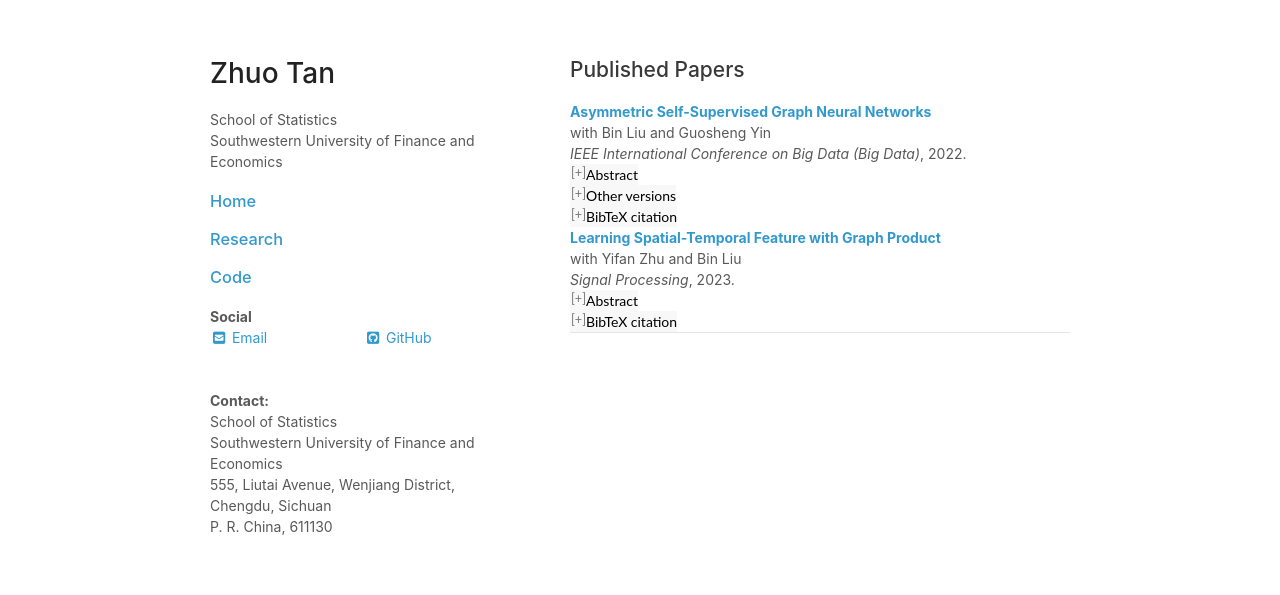
Repository: dfuttu1/dfuttu1.github.io
Page: research.html
An editor plug-in stored every save of this project. The page is shown before and after the next save, followed by the edit.
The browser window is 1280 px wide. The pictures show the whole page.
Some web libraries are served in a nearby version.

Above is the page before, as saved 2023-08-04 11:25:59.
Not found: stylesheets/github-light.css

### research.html

<!doctype html>
<html lang="en">
  <head>
  <script src="https://use.fontawesome.com/baff6f55f5.js"></script>
    <meta charset="utf-8">
    <meta http-equiv="X-UA-Compatible" content="IE=edge">
    <title>research by Zhuo Tan</title>

    <link rel="stylesheet" href="stylesheets/styles.css">
    <link rel="stylesheet" href="stylesheets/github-light.css">
    <meta name="viewport" content="width=device-width, initial-scale=1, user-scalable=yes">
    <!--[if lt IE 9]>
    <script src="//html5shiv.googlecode.com/svn/trunk/html5.js"></script>
    <![endif]-->

    <script>
      (function(i,s,o,g,r,a,m){i['GoogleAnalyticsObject']=r;i[r]=i[r]||function(){
      (i[r].q=i[r].q||[]).push(arguments)},i[r].l=1*new Date();a=s.createElement(o),
      m=s.getElementsByTagName(o)[0];a.async=1;a.src=g;m.parentNode.insertBefore(a,m)
      })(window,document,'script','https://www.google-analytics.com/analytics.js','ga');
      ga('create', 'UA-29643011-3', 'auto');
      ga('send', 'pageview');
    </script>

    <!-- New GA4 tracking code, see https://support.google.com/analytics/answer/10271001#analyticsjs-enable-basic -->
    <script async src="https://www.googletagmanager.com/gtag/js?id=G-GNJD50R0Z7"></script>
    <script>
    window.dataLayer = window.dataLayer || [];
    function gtag(){dataLayer.push(arguments);}
    gtag('js', new Date());
    gtag('config', 'G-GNJD50R0Z7');
    </script>

    <!-- For all browsers -->
    <link rel="stylesheet" href="assets/css/academicons.min.css"/>
    <link rel="stylesheet" href="assets/css/academicons.css"/>

    <style>
      button.accordion {
      font:14px/1.5 Lato, "Helvetica Neue", Helvetica, Arial, sans-serif;
      cursor: pointer;
      padding: 0px;
      border: none;
      text-align: left;
      outline: none;
      font-size: 100%;
      transition: 0.3s;
      background-color: #f8f8f8;
      }
      button.accordion.active, button.accordion:hover {
      background-color: #f8f8f8;
      }
      button.accordion:after {
      content: " [+] ";
      font-size: 90%;
      color:#777;
      float: left;
      margin-left: 1px;
      }

      button.accordion.active:after {
      content: " [\2212] ";
      }
      div.panel {
      padding: 0 20px;
      margin-top: 5px;
      display: none;
      background-color: white;
      font-size: 100%;
      }
      div.panel.show {
      display: block !important;
      }
      .social-row {
        display: flex;
        flex-wrap: wrap;
        justify-content: space-between;
      }
    </style>
  </head>
  <body>
    <div class="wrapper">
      <header>
        <h1>Zhuo Tan</h1>
        <p>School of Statistics<br>Southwestern University of Finance and Economics</p>
        <!-- <p>Research Affiliate<br><a href="https://csr.swufe.edu.cn/">Center of Statistical Research</a></p> -->
        <!-- <p>Fellow<br><a href="https://glabor.org/user/tyleransom/">Global Labor Organization (GLO)</a></p> -->
    <h3><a href="https://dfuttu1.github.io/">Home</a></h3>
        <h3><a href="https://dfuttu1.github.io/research.html">Research</a></h3>
    <!-- <h3><a href="https://dfuttu1.github.io/research/CV.pdf">CV</a></h3> -->
        <h3><a href="https://dfuttu1.github.io/code.html">Code</a></h3>
        <!-- <h3><a href="https://dfuttu1.github.io/teaching.html">Teaching</a></h3>  -->
        <!-- <h3><a href="https://dfuttu1.github.io/personal.html">Personal</a></h3> -->
    <b>Social</b><br>
        <div class="social-row">
          <a href="mailto:tanzhuo@smail.swufe.edu.cn" class="author-social" target="_blank"><i class="fa fa-fw fa-envelope-square"></i> Email</a><br>
          <!-- <a href="https://scholar.google.com/citations?user=eohlTTcAAAAJ&hl=en" target="_blank"><i class="ai ai-fw ai-google-scholar-square"></i> Scholar</a><br> -->
          <!-- <a href="https://orcid.org/0000-0002-6910-0363"><i class="ai ai-fw ai-orcid-square"></i> ORCID</a><br> -->
          <!-- <a href="http://ideas.repec.org/f/pra541.html"><i class="fa fa-fw fa-share-alt-square"></i> RePEc</a><br> -->
          <a href="http://github.com/dfuttu1"><i class="fa fa-fw fa-github-square"></i> GitHub</a><br>
          <!-- <a href="http://twitter.com/tyleransom" class="author-social" target="_blank"><i class="fa fa-fw fa-twitter-square"></i> Twitter</a><br> -->
          <!-- <a href="http://linkedin.com/in/tyleransom" class="author-social" target="_blank"><i class="fa fa-fw fa-linkedin-square"></i> LinkedIn</a><br> -->
          <br>
        </div>
        <br>

    <p><b>Contact:</b><br>School of Statistics<br>Southwestern University of Finance and Economics<br>555, Liutai Avenue, Wenjiang District, Chengdu, Sichuan<br>P. R. China, 611130</p>
    <!-- <p><small>Hosted on GitHub Pages &mdash; Theme by <a href="https://github.com/dfuttu1">orderedlist</a></small></p> -->
      </header>

      <section>

    <h2><a id="published-papers-updated" class="anchor" href="#publications" aria-hidden="true"><span class="octicon octicon-link"></span></a>Published Papers</h2>
    <p style="margin:0"> <a style="margin:0; font-size:100%; font-weight:bold" href="https://doi.org/10.1109/BigData55660.2022.10021033">Asymmetric Self-Supervised Graph Neural Networks</a> <br> with Bin Liu and Guosheng Yin <br> <i>IEEE International Conference on Big Data (Big Data)</i>, 2022. <br><button class="accordion">
    Abstract
    </button>
    <div class="panel" style="background-color: #F1F1F1; color: #666; padding: 10px;"><p> Despite self-supervised learning (SSL) having been successfully applied to graph data using graph neural networks (GNNs), most existing methods only consider undirected graphs where relationships among connected nodes are two-way symmetric (i.e., information can be passed back and forth). However, there is a vast amount of applications where the information flow is asymmetric, leading to directed graphs where information can only be passed in one direction. For example, a directed edge indicates that the information can only be conveyed forwardly from the start node to the end node, but not backwardly. To accommodate such an asymmetric structure of directed graphs, we propose a simple yet remarkably effective SSL framework for directed graph analysis to incorporate such one-way information passing. We define an incoming embedding and an outgoing embedding for each node to model its sending and receiving features respectively. Then a proposed auxiliary SSL task tries to predict the existence of the directed edges with the incoming and outgoing embedding of nodes. The auxiliary SSL task is jointly trained with a downstream primary task that updates nodes’ incoming features and outgoing features accordingly with labels. Extensive experiments on multiple real-world directed graphs demonstrate outstanding performances of the proposed self-supervised GNNs in both node-level and graph-level tasks. </p></div>
    <p style="margin:0"><button class="accordion">
      Other versions
    </button>
    <div class="panel" style="background-color: #F1F1F1; color: #666; padding: 10px;"><p> <br> <a href="https://arxiv.org/abs/2110.07436">arXiv:2110.07436</a> (October 2021) </br> </p></div>
    <p style="margin:0"><button class="accordion">
      BibTeX citation
    </button>
    <div class="panel" style="background-color: #F1F1F1; color: #666; padding: 10px;"><p> <pre> <code>
      @INPROCEEDINGS{10021033,
        author={Tan, Zhuo and Liu, Bin and Yin, Guosheng},
        booktitle={2022 IEEE International Conference on Big Data (Big Data)},
        title={Asymmetric Self-Supervised Graph Neural Networks},
        year={2022},
        volume={},
        number={},
        pages={1369-1376},
        doi={10.1109/BigData55660.2022.10021033}}
	</code> </pre> </p></div>

    <p style="margin:0"> <a style="margin:0; font-size:100%; font-weight:bold" href="https://doi.org/10.1016/j.sigpro.2023.109062">Learning Spatial-Temporal Feature with Graph Product</a> <br> with Yifan Zhu and Bin Liu <br> <i>Signal Processing</i>, 2023.  <br><button class="accordion">
      Abstract
    </button>
    <div class="panel" style="background-color: #F1F1F1; color: #666; padding: 10px;"><p>Earlier works on dynamic spatial-temporal data modelling prefer using spatial-temporal factorized graph convolutional networks (GCNs), which are easy to interpret but fail to capture joint spatial-temporal correlations. Thus, lots of subsequent research focus on constructing a localized adjacent matrix to capture joint features from both spatial and temporal dimension simultaneously. However, their ways of building the adjacent matrices are usually heuristic, which makes the models difficult to interpret. Meanwhile, the lack of theoretical explanations hinders the model’s generalization. We introduce a general framework to model dynamic spatial-temporal graph data from the view of graph product. With the power of graph product, we propose a systematical way of constructing the spatial-temporal adjacent graphs, which can not only improve the model’s interpretability but increase the spatial-temporal receptive field. Under the novel framework, the existing methods can be taken as special cases of our model. Extensive experiments on multiple large-scale real-world datasets, NTU-RGB+D60, NTU-RGB+D120, UAV-Human, PEMS03, PEMS04, PEMS07, and PEMS08, demonstrate that the proposed model can generalize to most of the scenarios with a performance improvement in a significant margin compared to the state-of-the-art methods. </p></div>
    <p style="margin:0"><button class="accordion">
      BibTeX citation
    </button>
    <div class="panel" style="background-color: #F1F1F1; color: #666; padding: 10px;"><p> <pre> <code>
      @article{TAN2023109062,
        title = {Learning spatial-temporal feature with graph product},
        journal = {Signal Processing},
        volume = {210},
        pages = {109062},
        year = {2023},
        issn = {0165-1684},
        doi = {https://doi.org/10.1016/j.sigpro.2023.109062},
        url = {https://www.sciencedirect.com/science/article/pii/S0165168423001366},
        author = {Zhuo Tan and Yifan Zhu and Bin Liu},
        keywords = {Graph convolutional network, Graph product, Spatial-Temporal data},
        abstract = {Earlier works on dynamic spatial-temporal data modelling prefer using spatial-temporal factorized graph convolutional networks (GCNs), which are easy to interpret but fail to capture joint spatial-temporal correlations. Thus, lots of subsequent research focus on constructing a localized adjacent matrix to capture joint features from both spatial and temporal dimension simultaneously. However, their ways of building the adjacent matrices are usually heuristic, which makes the models difficult to interpret. Meanwhile, the lack of theoretical explanations hinders the model’s generalization. We introduce a general framework to model dynamic spatial-temporal graph data from the view of graph product. With the power of graph product, we propose a systematical way of constructing the spatial-temporal adjacent graphs, which can not only improve the model’s interpretability but increase the spatial-temporal receptive field. Under the novel framework, the existing methods can be taken as special cases of our model. Extensive experiments on multiple large-scale real-world datasets, NTU-RGB+D60, NTU-RGB+D120, UAV-Human, PEMS03, PEMS04, PEMS07, and PEMS08, demonstrate that the proposed model can generalize to most of the scenarios with a performance improvement in a significant margin compared to the state-of-the-art methods.}
        }
	</code> </pre> </p></div>

    <hr>

      </section>
    </div>
    <script src="javascripts/scale.fix.js"></script>
    <script>
    var acc = document.getElementsByClassName("accordion");
    var i;

    for (i = 0; i < acc.length; i++) {
        acc[i].onclick = function(){
            this.classList.toggle("active");
            this.parentNode.nextElementSibling.classList.toggle("show");
      }
    }
    </script>
  </body>
</html>

### stylesheets/styles.css
body {
  background-color: #fff;
  padding:50px;
  font: 14px/1.5 -apple-system, BlinkMacSystemFont, "Segoe UI", Roboto, Oxygen, Ubuntu, Cantarell, "Fira Sans", "Droid Sans", "Helvetica Neue", Arial, sans-serif, "Apple Color Emoji", "Segoe UI Emoji", "Segoe UI Symbol";
  color:#595959;
  font-weight:400;
}

h1, h2, h3, h4, h5, h6 {
  color:#222;
  margin:0 0 20px;
}

p, ul, ol, table, pre, dl {
  margin:0 0 20px;
}

h1, h2, h3 {
  line-height:1.1;
}

h1 {
  font-size:28px;
  font-weight: 500;
}

h2 {
  color:#393939;
  font-weight: 500;
}

h3, h4, h5, h6 {
  color:#494949;
  font-weight: 500;
}

a {
  color:#39c;
  text-decoration:none;
}

a:hover {
  color:#069;
}

a small {
  font-size:11px;
  color:#777;
  margin-top:-0.3em;
  display:block;
}

a:hover small {
  color:#777;
}

.wrapper {
  width:860px;
  margin:0 auto;
}

blockquote {
  border-left:1px solid #e5e5e5;
  margin:0;
  padding:0 0 0 20px;
  font-style:italic;
}

code, pre {
  font-family:Monaco, Bitstream Vera Sans Mono, Lucida Console, Terminal, Consolas, Liberation Mono, DejaVu Sans Mono, Courier New, monospace;
  color:#333;
  font-size:12px;
}

pre {
  padding:8px 15px;
  background: #f8f8f8;
  border-radius:5px;
  border:1px solid #e5e5e5;
  overflow-x: auto;
}

table {
  width:100%;
  border-collapse:collapse;
}

th, td {
  text-align:left;
  padding:5px 10px;
  border-bottom:1px solid #e5e5e5;
}

dt {
  color:#444;
  font-weight:500;
}

th {
  color:#444;
}

img {
  max-width:100%;
}

header {
  width:270px;
  float:left;
  position:fixed;
  -webkit-font-smoothing:subpixel-antialiased;
}

header ul {
  list-style:none;
  height:40px;
  padding:0;
  background: #f4f4f4;
  border-radius:5px;
  border:1px solid #e0e0e0;
  width:270px;
}

header li {
  width:89px;
  float:left;
  border-right:1px solid #e0e0e0;
  height:40px;
}

header li:first-child a {
  border-radius:5px 0 0 5px;
}

header li:last-child a {
  border-radius:0 5px 5px 0;
}

header ul a {
  line-height:1;
  font-size:11px;
  color:#999;
  display:block;
  text-align:center;
  padding-top:6px;
  height:34px;
}

header ul a:hover {
  color:#999;
}

header ul a:active {
  background-color:#f0f0f0;
}

strong {
  color:#222;
  font-weight:500;
}

header ul li + li + li {
  border-right:none;
  width:89px;
}

header ul a strong {
  font-size:14px;
  display:block;
  color:#222;
}

section {
  width:500px;
  float:right;
  padding-bottom:50px;
}

small {
  font-size:11px;
}

hr {
  border:0;
  background:#e5e5e5;
  height:1px;
  margin:0 0 20px;
}

footer {
  width:270px;
  float:left;
  position:fixed;
  bottom:50px;
  -webkit-font-smoothing:subpixel-antialiased;
}

@media print, screen and (max-width: 960px) {

  div.wrapper {
    width:auto;
    margin:0;
  }

  header, section, footer {
    float:none;
    position:static;
    width:auto;
  }

  header {
    padding-right:320px;
  }

  section {
    border:1px solid #e5e5e5;
    border-width:1px 0;
    padding:20px 0;
    margin:0 0 20px;
  }

  header a small {
    display:inline;
  }

  header ul {
    position:absolute;
    right:50px;
    top:52px;
  }
}

@media print, screen and (max-width: 720px) {
  body {
    word-wrap:break-word;
  }

  header {
    padding:0;
  }

  header ul, header p.view {
    position:static;
  }

  pre, code {
    word-wrap:normal;
  }
}

@media print, screen and (max-width: 480px) {
  body {
    padding:15px;
  }

  header ul {
    width:99%;
  }

  header li, header ul li + li + li {
    width:33%;
  }
}

@media print {
  body {
    padding:0.4in;
    font-size:12pt;
    color:#444;
  }
}

### assets/css/academicons.css
/*
 *  Academicons 1.8.2 by James Walsh - https://github.com/jpswalsh
 *  Fonts generated using the IcoMoon app - http://icomoon.io/app
 *  Square icons designed to be used alongside Font Awesome square icons - https://fortawesome.github.io/Font-Awesome/
 *  Licenses - Font: SIL OFL 1.1, CSS: MIT License
 */
@font-face {
    font-family: 'Academicons';
    src:url('../fonts/academicons.eot?v=1.8.2');
    src:url('../fonts/academicons.eot?v=1.8.2') format('embedded-opentype'),
        url('../fonts/academicons.ttf?v=1.8.2') format('truetype'),
        url('../fonts/academicons.woff?v=1.8.2') format('woff'),
        url('../fonts/academicons.svg?v=1.8.2#academicons') format('svg');
    font-weight: normal;
    font-style: normal;
}
.ai {
	display:inline-block;
	font:normal normal normal 14px/1 Academicons;
	font-size:inherit;
	text-rendering:auto;
	-webkit-font-smoothing:antialiased;
	-moz-osx-font-smoothing:grayscale;
}
.ai-academia:before {
  content: "\e800";
}
.ai-academia-square:before {
  content: "\e801";
}
.ai-acclaim:before {
  content: "\e802";
}
.ai-acclaim-square:before {
  content: "\e803";
}
.ai-acm:before {
  content: "\e804";
}
.ai-acm-square:before {
  content: "\e805";
}
.ai-ads:before {
  content: "\e806";
}
.ai-ads-square:before {
  content: "\e807";
}
.ai-arxiv:before {
  content: "\e808";
}
.ai-arxiv-square:before {
  content: "\e809";
}
.ai-biorxiv:before {
  content: "\e810";
}
.ai-biorxiv-square:before {
  content: "\e811";
}
.ai-ceur:before {
  content: "\e812";
}
.ai-ceur-box:before {
  content: "\e813";
}
.ai-courser:before {
  content: "\e814";
}
.ai-courser-square:before {
  content: "\e815";
}
.ai-dataverse:before {
  content: "\e816";
}
.ai-dataverse-box:before {
  content: "\e817";
}
.ai-dblp:before {
  content: "\e818";
}
.ai-dblp-square:before {
  content: "\e819";
}
.ai-depsy:before {
  content: "\e820";
}
.ai-depsy-square:before {
  content: "\e821";
}
.ai-doi:before {
  content: "\e822";
}
.ai-doi-square:before {
  content: "\e823";
}
.ai-dryad:before {
  content: "\e824";
}
.ai-dryad-square:before {
  content: "\e825";
}
.ai-figshare:before {
  content: "\e826";
}
.ai-figshare-square:before {
  content: "\e827";
}
.ai-google-scholar:before {
  content: "\e828";
}
.ai-google-scholar-square:before {
  content: "\e829";
}
.ai-ieee:before {
  content: "\e830";
}
.ai-ieee-square:before {
  content: "\e831";
}
.ai-impactstory:before {
  content: "\e832";
}
.ai-impactstory-square:before {
  content: "\e833";
}
.ai-inspire:before {
  content: "\e834";
}
.ai-inspire-square:before {
  content: "\e835";
}
.ai-mendeley:before {
  content: "\e836";
}
.ai-mendeley-square:before {
  content: "\e837";
}
.ai-open-access:before {
  content: "\e838";
}
.ai-open-access-square:before {
  content: "\e839";
}
.ai-orcid:before {
  content: "\e840";
}
.ai-orcid-square:before {
  content: "\e841";
}
.ai-osf:before {
  content: "\e842";
}
.ai-osf-square:before {
  content: "\e843";
}
.ai-overleaf:before {
  content: "\e844";
}
.ai-overleaf-square:before {
  content: "\e845";
}
.ai-philpapers:before {
  content: "\e846";
}
.ai-philpapers-square:before {
  content: "\e847";
}
.ai-piazza:before {
  content: "\e848";
}
.ai-piazza-square:before {
  content: "\e849";
}
.ai-publons:before {
  content: "\e850";
}
.ai-publons-square:before {
  content: "\e851";
}
.ai-pubmed:before {
  content: "\e852";
}
.ai-pubmed-square:before {
  content: "\e853";
}
.ai-researchgate:before {
  content: "\e854";
}
.ai-researchgate-square:before {
  content: "\e855";
}
.ai-scirate:before {
  content: "\e856";
}
.ai-scirate-square:before {
  content: "\e857";
}
.ai-springer:before {
  content: "\e858";
}
.ai-springer-square:before {
  content: "\e859";
}
.ai-zotero:before {
  content: "\e860";
}
.ai-zotero-square:before {
  content: "\e861";
}
/*  Duplication of the FontAwesome style classes using 'ai' in place of 'fa'. */
.ai-lg {
  font-size: 1.33333333em;
  line-height: 0.75em;
  vertical-align: -15%;
}
.ai-2x {
  font-size: 2em;
}
.ai-3x {
  font-size: 3em;
}
.ai-4x {
  font-size: 4em;
}
.ai-5x {
  font-size: 5em;
}
.ai-fw {
  width: 1.28571429em;
  text-align: center;
}
.ai-ul {
  padding-left: 0;
  margin-left: 2.14285714em;
  list-style-type: none;
}
.ai-ul > li {
  position: relative;
}
.ai-li {
  position: absolute;
  left: -2.14285714em;
  width: 2.14285714em;
  top: 0.14285714em;
  text-align: center;
}
.ai-li.fa-lg {
  left: -1.85714286em;
}
.ai-border {
  padding: .2em .25em .15em;
  border: solid 0.08em #eeeeee;
  border-radius: .1em;
}
.ai-pull-left {
  float: left;
}
.ai-pull-right {
  float: right;
}
.ai.fa-pull-left {
  margin-right: .3em;
}
.ai.fa-pull-right {
  margin-left: .3em;
}
/*
 *  Repeat of the FontAwesome style classes to prevent override if academicons.css
 *  is called after font-awesome.css.
 */
.fa-lg {
  font-size: 1.33333333em;
  line-height: 0.75em;
  vertical-align: -15%;
}
.fa-2x {
  font-size: 2em;
}
.fa-3x {
  font-size: 3em;
}
.fa-4x {
  font-size: 4em;
}
.fa-5x {
  font-size: 5em;
}
.fa-fw {
  width: 1.28571429em;
  text-align: center;
}
.fa-ul {
  padding-left: 0;
  margin-left: 2.14285714em;
  list-style-type: none;
}
.fa-ul > li {
  position: relative;
}
.fa-li {
  position: absolute;
  left: -2.14285714em;
  width: 2.14285714em;
  top: 0.14285714em;
  text-align: center;
}
.fa-li.fa-lg {
  left: -1.85714286em;
}
.fa-border {
  padding: .2em .25em .15em;
  border: solid 0.08em #eeeeee;
  border-radius: .1em;
}
.fa-pull-left {
  float: left;
}
.fa-pull-right {
  float: right;
}
.fa.fa-pull-left {
  margin-right: .3em;
}
.fa.fa-pull-right {
  margin-left: .3em;
}

Loaded but not shown: assets/css/academicons.min.css (library); javascripts/scale.fix.js (common file)

After the next save:
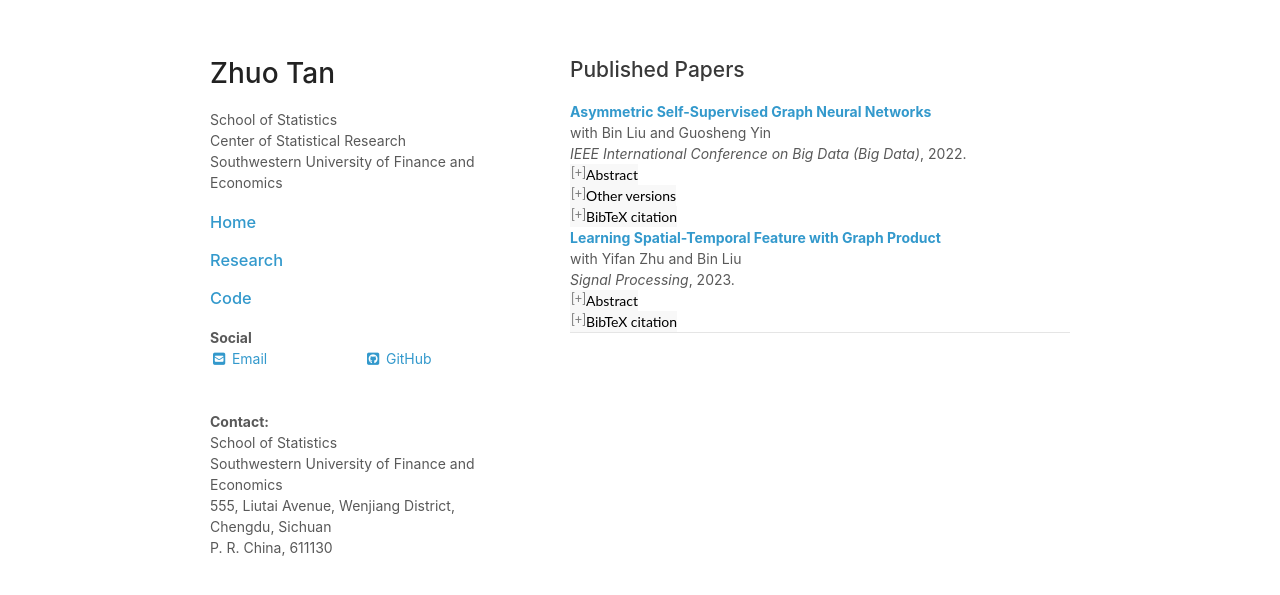
Saved 10 days later.
--- a/research.html
+++ b/research.html
@@ -83,7 +83,7 @@
     <div class="wrapper">
       <header>
         <h1>Zhuo Tan</h1>
-        <p>School of Statistics<br>Southwestern University of Finance and Economics</p>
+        <p>School of Statistics<br>Center of Statistical Research</Center><br>Southwestern University of Finance and Economics</p>
         <!-- <p>Research Affiliate<br><a href="https://csr.swufe.edu.cn/">Center of Statistical Research</a></p> -->
         <!-- <p>Fellow<br><a href="https://glabor.org/user/tyleransom/">Global Labor Organization (GLO)</a></p> -->
     <h3><a href="https://dfuttu1.github.io/">Home</a></h3>
